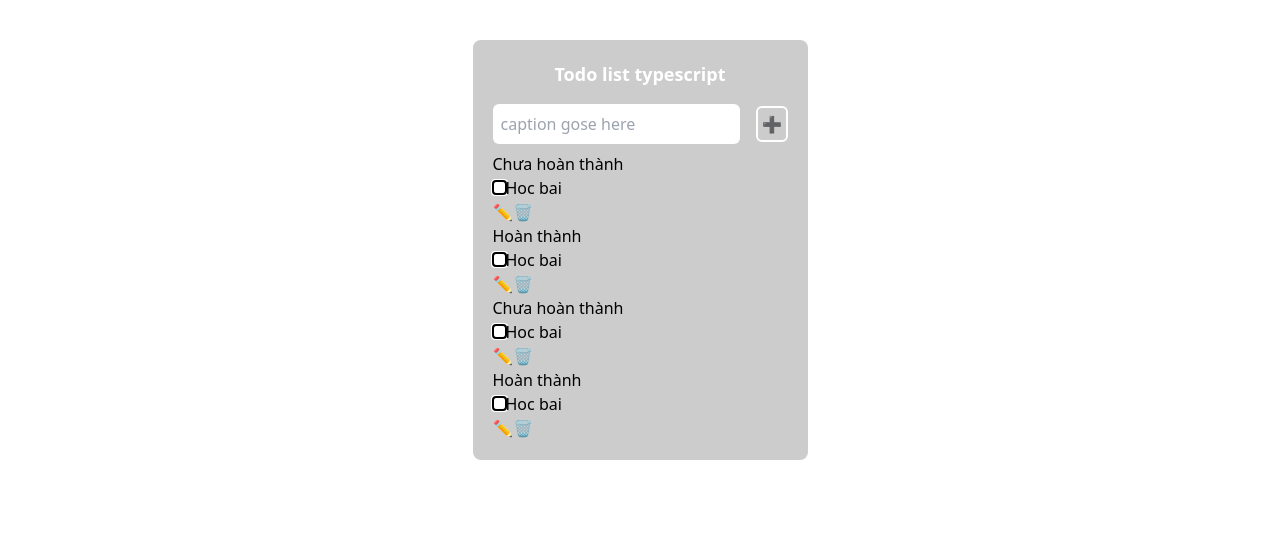
Repository: VIET-TU/react-super-main
Page: / (app in todolist-mybuild/)
These files come from the project's save history. The page is drawn as it stood at one moment and after the next save; the edit follows.
The browser window is 1280 px wide. The pictures show the whole page.
The project was rebuilt for these pictures with package versions that can differ from the ones it lists, and the page was loaded fresh each time. Also part of the build but not shown: todolist-mybuild/vite.config.ts.

Above is the page before, as saved 2023-05-16 06:57:31.

After the next save:
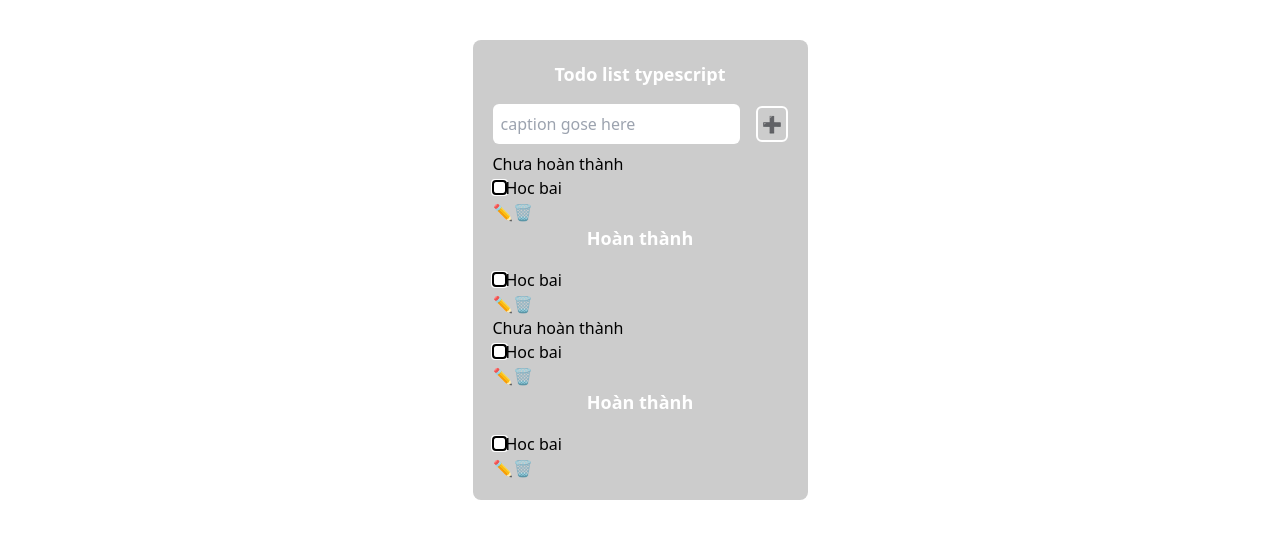
Saved 2 min 47 s later.
--- a/todolist-mybuild/src/components/TaskList/TaskList.tsx
+++ b/todolist-mybuild/src/components/TaskList/TaskList.tsx
@@ -17,7 +17,7 @@ const TaskList = () => {
         </div>
       </div>
       <div className='finish'>
-        <h2>Hoàn thành</h2>
+        <h2 className='mb-4 text-lg font-bold text-white text-[20px] text-center'>Hoàn thành</h2>
         <div className='tasks '>
           <div className='task'>
             <input type='checkbox' name='' id=' ' />
